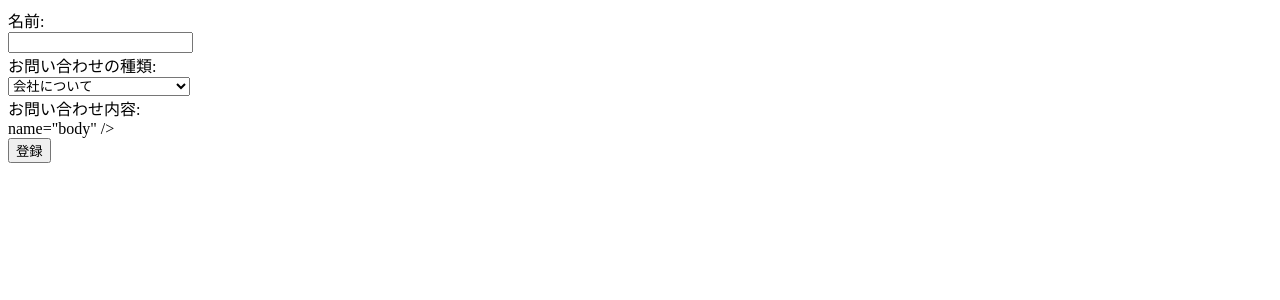
Repository: tatsuya-0/test
Page: http://localhost/HelloServlet/inquiry.jsp
An editor plug-in stored every save of this project. The page is shown before and after the next save, followed by the edit.
The browser window is 1280 px wide. The pictures show the whole page.
The page is served by Tomcat 9. Other server files are loaded and not shown.

Above is the page before, as saved 2018-03-01 07:57:53.

### HelloServlet/WebContent/inquiry.jsp
<%@ page language="java" contentType="text/html; charset=UTF-8"
	pageEncoding="UTF-8"%>
<!DOCTYPE html PUBLIC "-//W3C//DTD HTML 4.01 Transitional//EN" "http://www.w3.org/TR/html4/loose.dtd">
<html>
<head>
<meta http-equiv="Content-Type" content="text/html; charset=UTF-8">
<title>お問い合わせフォーム</title>
</head>

<body>
	<form method="post" action="InquiryServlet">
		名前:<br> <input type="text" name="name"><br>
		お問い合わせの種類:<br> <select name="qtype">
			<option value="company">会社について</option>
			<option value="product">製品について</option>
			<option value="support">アフターサポートについて</option>
		</select><br>お問い合わせ内容:<br>
		</textarea> name="body" />

		<br> <input type="submit" value="登録">
	</form>
</body>

</html>

After the next save:
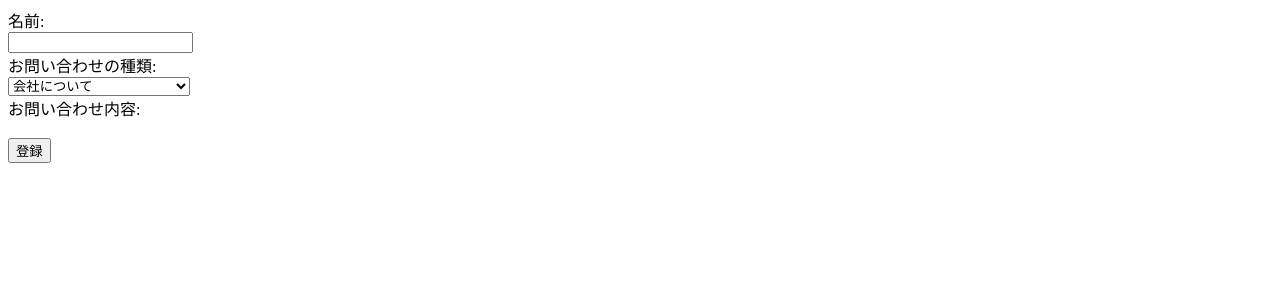
Saved 30 s later.
--- a/HelloServlet/WebContent/inquiry.jsp
+++ b/HelloServlet/WebContent/inquiry.jsp
@@ -15,7 +15,7 @@
 			<option value="product">製品について</option>
 			<option value="support">アフターサポートについて</option>
 		</select><br>お問い合わせ内容:<br>
-		</textarea> name="body" />
+		</textarea name="body" />
 
 		<br> <input type="submit" value="登録">
 	</form>
